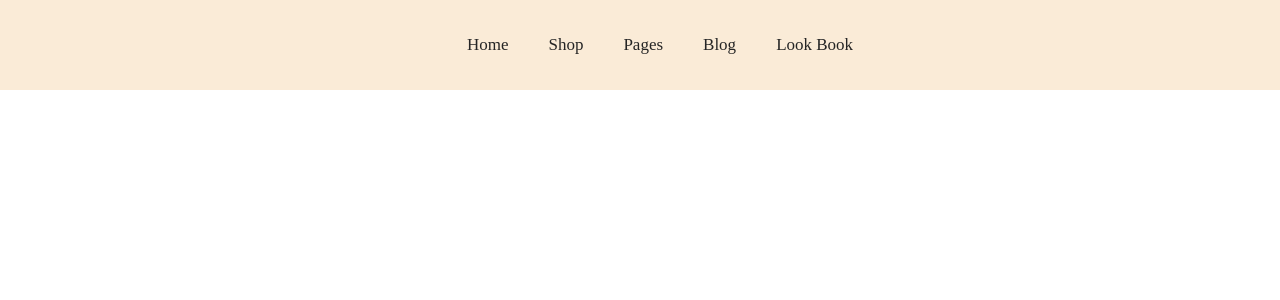
Repository: MorgunovaAlexandra/beauti
Page: index.html
An editor plug-in stored every save of this project. The page is shown before and after the next save, followed by the edit.
The browser window is 1280 px wide. The pictures show the whole page.

Above is the page before, as saved 2022-08-24 12:06:14.

### index.html
<!DOCTYPE html>
<html lang="en">
<head>
    <meta charset="UTF-8">
    <meta http-equiv="X-UA-Compatible" content="IE=edge">
    <meta name="viewport" content="width=device-width, initial-scale=1.0">
    <link rel="stylesheet" href="./style.css">
    <title>Document</title>
</head>
<body>
    <div class="wrapper">
        <header class="header">
            <div class="header-container _container">
            <nav class="dws-menu">
                <ul class="menu-list">
                    <li><a href="#"><i class="fa fa-"></i>Home</a></li>
                    <li><a href="#"><i class="fa fa-"></i>Shop</a></li>
                    <li><a href="#"><i class="fa fa-"></i>Pages</a></li>
                    <li><a href="#"><i class="fa fa-"></i>Blog</a></li>
                    <li><a href="#"><i class="fa fa-"></i>Look Book</a></li>
                </ul>

            </nav>
            </div>
        </header>
    </div>
</body>
</html>

### style.css
* {
	margin: 0;
	padding: 0;
	border: 0;
	box-sizing: border-box;
}
:before,:after{
	padding: 0;
	margin: 0;
	border: 0;
	box-sizing: border-box;
}
html,body{
	height: 100%;
    font-family: 'SofiaProRegular';
	font-size: 18px;
	font-weight: 400;
}

.wrapper{
	width: 100%;
	overflow: hidden;

}
._container{
	max-width: 1170px;
	margin: 0px auto;
	padding: 0px 10px;
}
._container{
	max-width: 1170px;
	margin: 0px auto;
	padding: 0px 10px;
}
/*--------------------------*/
.header {
	font-family: 'TTCommons-Medium';
	position: absolute;/*---------изменено-----------------*/
	width: 100%;
	top: 0;
	left: 0;
	z-index: 50;
	font-size: 17px;
    height: 90px;
    background-color: antiquewhite;

}
.menu-list{
    display: flex;
    justify-content: center;
    align-items: center;
    height: 90px;
}
.menu-list li a:hover{
    border-bottom: 2px solid black;
    animation-duration: 3s;
    animation-name: slidein;
}

a{
    text-decoration: none;
    color:rgb(37, 37, 37);
    margin-left: 40px;
}
li{
    list-style: none;

}

After the next save:
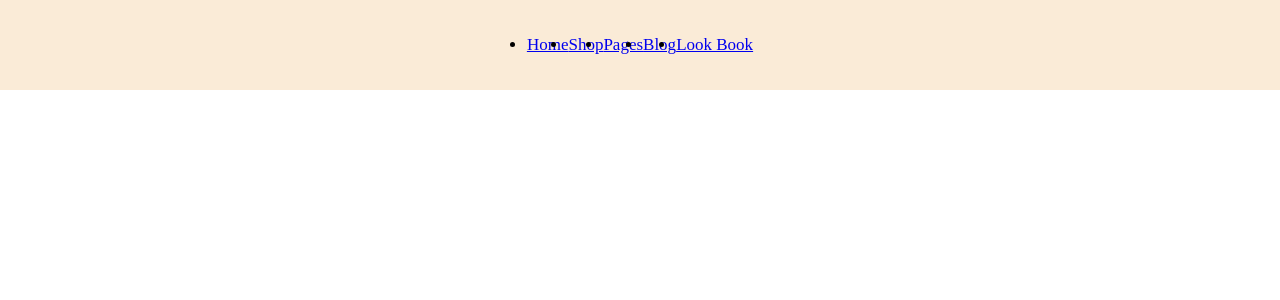
Saved 11 s later.
--- a/style.css
+++ b/style.css
@@ -56,7 +56,16 @@
     animation-duration: 3s;
     animation-name: slidein;
 }
+@keyframes slidein {
+    from {
+      margin-left: 100%;
+      width: 300%;
+    }
 
+    to {
+      margin-left: 0%;
+      width: 100%;
+    }
 a{
     text-decoration: none;
     color:rgb(37, 37, 37);

After the save that followed:
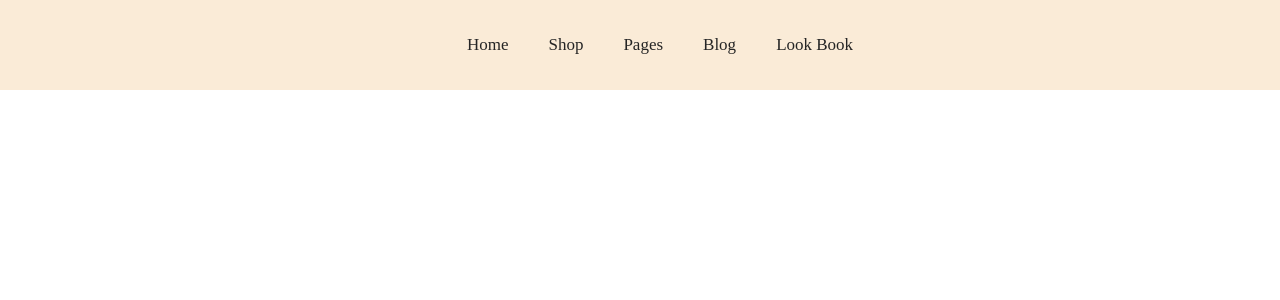
Saved 4 s later.
--- a/style.css
+++ b/style.css
@@ -66,6 +66,7 @@
       margin-left: 0%;
       width: 100%;
     }
+}
 a{
     text-decoration: none;
     color:rgb(37, 37, 37);
